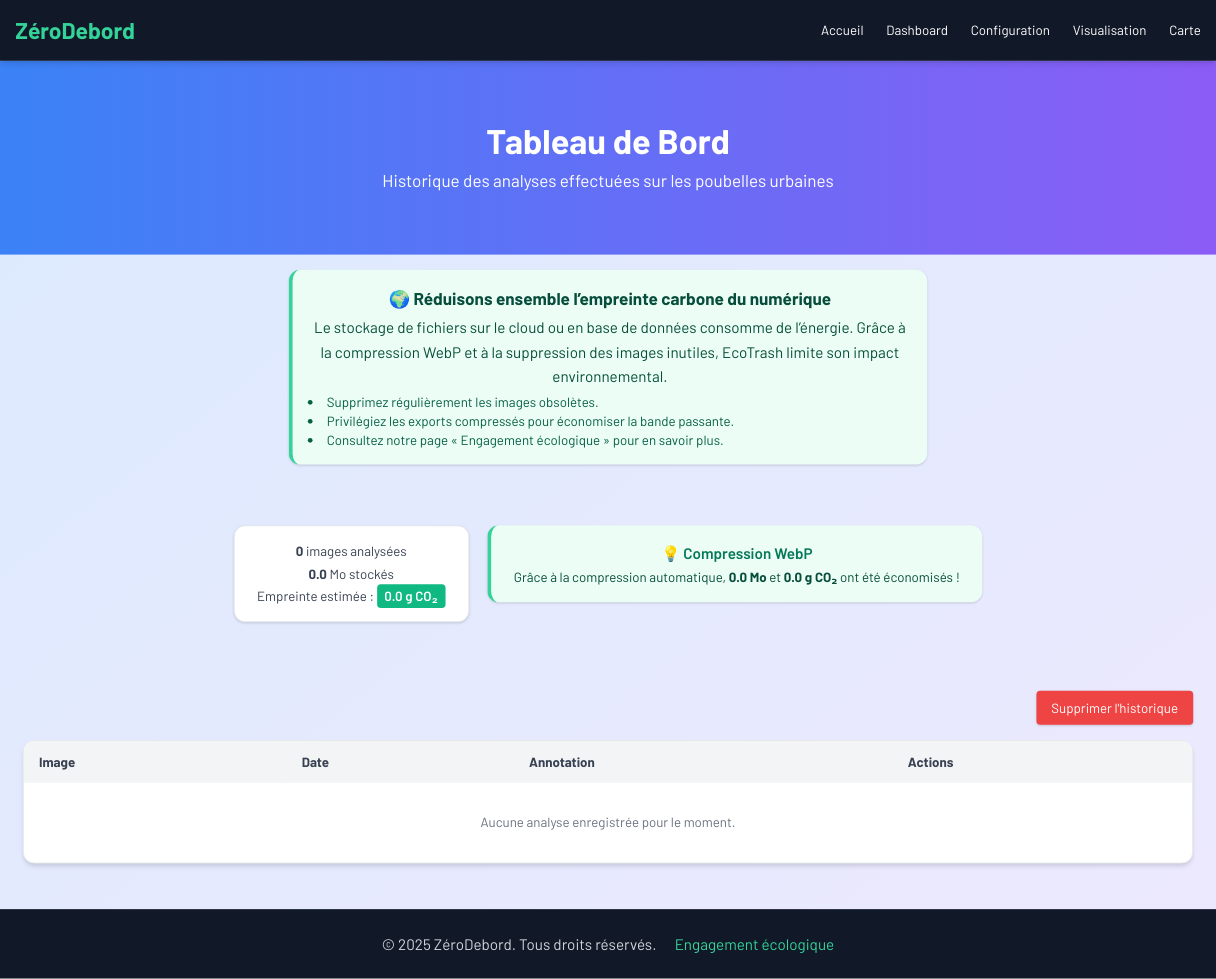
Repository: BaptGBM/MASTERCAMP
Page: http://localhost/dashboard
These files come from the project's save history. The page is drawn as it stood at one moment and after the next save; the edit follows.
The browser window is 1280 px wide. The pictures show the whole page, at 95% of full size.
The page is served by the project's application, run on Flask 3 (app.py). Other server files are loaded and not shown. Queries for data that is not in the repository find no rows.

Above is the page before, as saved 2025-07-08 23:37:38.

### templates/dashboard.html
<!DOCTYPE html>
<html lang="fr">
<head>
  <meta charset="UTF-8" />
  <meta name="viewport" content="width=device-width, initial-scale=1.0" />
  <title>ZéroDebord - Dashboard</title>
  <link href="https://fonts.googleapis.com/css2?family=Barlow:wght@300;400;500;600;700&display=swap" rel="stylesheet">
  <link href="https://cdn.jsdelivr.net/npm/tailwindcss@2.2.19/dist/tailwind.min.css" rel="stylesheet">
  <link rel="stylesheet" href="{{ url_for('static', filename='style.css') }}">
  <style>
    body {
      font-family: 'Barlow', -apple-system, BlinkMacSystemFont, 'Segoe UI', Roboto, sans-serif;
    }
  </style>
</head>
<body class="bg-gradient-to-br from-blue-100 to-purple-100 min-h-screen flex flex-col">

  <!-- HEADER -->
  <header class="bg-gray-900 text-white py-4 shadow-md sticky top-0 z-50">
    <div class="container mx-auto px-4 flex justify-between items-center">
      <a href="{{ url_for('index') }}" class="text-2xl font-bold text-green-400 hover:text-green-300 transition-colors duration-200 no-underline">ZéroDebord</a>
      <nav>
        <ul class="flex gap-6 text-sm">
          <li><a href="{{ url_for('index') }}"  class="hover:underline">Accueil</a></li>
          <a href="{{ url_for('dashboard') }}" class="hover:underline">Dashboard</a>
          <li><a href="{{ url_for('config') }}" class="hover:underline">Configuration</a></li>
          <li><a href="{{ url_for('visualisation') }}" class="hover:underline">Visualisation</a></li>
          <li><a href="{{ url_for('map_view') }}" class="hover:underline">Carte</a></li>


        </ul>
      </nav>
    </div>
  </header>

  <!-- TITRE -->
  <section class="py-16 text-center bg-gradient-to-r from-blue-500 to-purple-500 text-white">
    <h2 class="text-4xl font-bold mb-2">Tableau de Bord</h2>
    <p class="text-lg">Historique des analyses effectuées sur les poubelles urbaines</p>
  </section>

  <section class="py-4 text-center">
    <div class="max-w-2xl mx-auto bg-green-50 border-l-4 border-green-400 text-green-900 p-4 rounded-xl shadow mb-6">
      <h3 class="font-bold text-lg mb-1">🌍 Réduisons ensemble l’empreinte carbone du numérique</h3>
      <p class="mb-1">Le stockage de fichiers sur le cloud ou en base de données consomme de l’énergie. Grâce à la compression WebP et à la suppression des images inutiles, EcoTrash limite son impact environnemental.</p>
      <ul class="list-disc list-inside text-left text-green-800 text-sm">
        <li>Supprimez régulièrement les images obsolètes.</li>
        <li>Privilégiez les exports compressés pour économiser la bande passante.</li>
        <li>Consultez notre page « Engagement écologique » pour en savoir plus.</li>
      </ul>
    </div>
  </section>

<!-- INDICATEUR GREEN IT -->
<section class="text-center my-6">
  <div class="inline-block bg-white rounded-xl shadow px-6 py-4 text-sm text-gray-700 space-y-1 border">
    <p><strong>{{ nb_images }}</strong> images analysées</p>
    <p><strong>{{ volume_mb }}</strong> Mo stockés</p>
    <p>
      Empreinte estimée :
      <span class="font-semibold px-2 py-1 rounded text-white
        {% if co2 < 20 %} bg-green-500
        {% elif co2 < 50 %} bg-yellow-500
        {% else %} bg-red-500
        {% endif %}">
        {{ co2 }} g CO₂
      </span>
    </p>
  </div>
  <div class="inline-block bg-green-50 border-l-4 border-green-400 text-green-900 rounded-xl shadow px-6 py-4 ml-4 align-top">
    <p class="font-semibold text-green-700 mb-1">💡 Compression WebP</p>
    <p class="text-sm">Grâce à la compression automatique, <span class="font-bold">{{ gain_mb }} Mo</span> et <span class="font-bold">{{ gain_co2 }} g CO₂</span> ont été économisés&nbsp;!</p>
  </div>
</section>



  <!-- TABLEAU -->
  <main class="container mx-auto px-6 py-12 flex-grow">
    <div class="flex justify-end mb-4">
      <form method="POST" action="{{ url_for('clear_history') }}">
        <button type="submit" class="bg-red-500 hover:bg-red-600 text-white px-4 py-2 text-sm rounded shadow">
           Supprimer l'historique
        </button>
      </form>
    </div>
    <div class="overflow-x-auto bg-white rounded-xl shadow-md border">
      <table class="min-w-full table-auto text-sm text-left">
        <thead class="bg-gray-100 text-gray-700 font-semibold">
          <tr>
            <th class="px-4 py-3">Image</th>
            <th class="px-4 py-3">Date</th>
            <th class="px-4 py-3">Annotation</th>
            <th class="px-4 py-3">Actions</th>
          </tr>
        </thead>
        <tbody class="text-gray-600">
          {% if images.items %}
            {% for image in images.items %}
              <tr class="border-t hover:bg-gray-50">
                <td class="px-4 py-2">
                  <img src="{{ url_for('static', filename='uploads/' + image.filename) }}" alt="img" class="w-16 h-16 object-contain rounded shadow" loading="lazy">
                </td>
                <td class="px-4 py-2">{{ image.date_uploaded.strftime('%d/%m/%Y %H:%M') }}</td>
                <td class="px-4 py-2">
                  <span class="px-2 py-1 rounded text-white {% if image.annotation == 'pleine' %} bg-red-500 {% else %} bg-green-500 {% endif %}">
                    {{ image.annotation | capitalize }}
                  </span>
                </td>
                <td class="px-4 py-2 space-x-2">
                  <a href="{{ url_for('annotate', image_id=image.id, label='pleine') }}" class="text-sm bg-red-100 text-red-600 px-2 py-1 rounded">Pleine</a>
                  <a href="{{ url_for('annotate', image_id=image.id, label='vide') }}" class="text-sm bg-green-100 text-green-600 px-2 py-1 rounded">Vide</a>
                </td>
              </tr>
            {% endfor %}
          {% else %}
            <tr>
              <td colspan="4" class="text-center text-gray-500 px-4 py-8">
                Aucune analyse enregistrée pour le moment.
              </td>
            </tr>
          {% endif %}
        </tbody>
      </table>
    </div>
    {% if images.pages > 1 %}
    <div class="flex justify-center mt-6 gap-1 flex-wrap">
      {% set page_range = [] %}
      {% if images.pages <= 7 %}
        {% set page_range = range(1, images.pages+1) %}
      {% else %}
        {% set page_range = [1, 2] %}
        {% if images.page > 4 %}
          {% set _ = page_range.append('...') %}
        {% endif %}
        {% for p in range(images.page-1, images.page+2) %}
          {% if 2 < p < images.pages-1 %}
            {% set _ = page_range.append(p) %}
          {% endif %}
        {% endfor %}
        {% if images.page < images.pages-3 %}
          {% set _ = page_range.append('...') %}
        {% endif %}
        {% set _ = page_range.extend([images.pages-1, images.pages]) %}
      {% endif %}
      {% if images.has_prev %}
        <a href="{{ url_for('dashboard', page=images.prev_num) }}" class="px-3 py-1 rounded-full bg-gray-200 hover:bg-blue-200 focus:ring-2 focus:ring-blue-400 transition">&laquo;</a>
      {% endif %}
      {% for p in page_range %}
        {% if p == '...' %}
          <span class="px-3 py-1 text-gray-400">...</span>
        {% else %}
          <a href="{{ url_for('dashboard', page=p) }}" class="px-3 py-1 rounded-full mx-0.5 {{ 'bg-blue-600 text-white font-bold shadow' if p==images.page else 'bg-gray-100 hover:bg-blue-100 text-gray-700' }} focus:ring-2 focus:ring-blue-400 transition">{{ p }}</a>
        {% endif %}
      {% endfor %}
      {% if images.has_next %}
        <a href="{{ url_for('dashboard', page=images.next_num) }}" class="px-3 py-1 rounded-full bg-gray-200 hover:bg-blue-200 focus:ring-2 focus:ring-blue-400 transition">&raquo;</a>
      {% endif %}
    </div>
    {% endif %}
  </main>

  <!-- FOOTER -->
  <footer class="bg-gray-900 text-gray-300 py-6 text-center">
    <p>&copy; 2025 ZéroDebord. Tous droits réservés.
      <a href="{{ url_for('engagement') }}" class="text-green-400 hover:underline ml-4">Engagement écologique</a>
    </p>
  </footer>
</body>
</html>

### static/style.css
/* Police Apple - SF Pro Display pour un design Apple */

/* Variables CSS pour la palette écologique moderne */
:root {
  /* Couleurs principales - palette écologique */
  --primary-green: #059669;      /* Vert émeraude principal */
  --primary-green-light: #10b981; /* Vert émeraude clair */
  --primary-green-dark: #047857;  /* Vert émeraude foncé */

  /* Couleurs secondaires - tons naturels */
  --secondary-blue: #0ea5e9;     /* Bleu ciel */
  --secondary-blue-light: #38bdf8; /* Bleu ciel clair */
  --secondary-blue-dark: #0284c7;  /* Bleu ciel foncé */

  /* Couleurs d'accent - terre et nature */
  --accent-orange: #f59e0b;      /* Orange terre */
  --accent-brown: #92400e;       /* Brun terre */
  --accent-sage: #6b7280;        /* Gris sauge */

  /* Couleurs de statut */
  --success-green: #22c55e;      /* Vert succès */
  --warning-amber: #f59e0b;      /* Ambre avertissement */
  --error-red: #ef4444;          /* Rouge erreur */

  /* Couleurs neutres modernes */
  --neutral-50: #fafaf9;
  --neutral-100: #f5f5f4;
  --neutral-200: #e7e5e4;
  --neutral-300: #d6d3d1;
  --neutral-400: #a8a29e;
  --neutral-500: #78716c;
  --neutral-600: #57534e;
  --neutral-700: #44403c;
  --neutral-800: #292524;
  --neutral-900: #1c1917;

  /* Gradients écologiques */
  --gradient-primary: linear-gradient(135deg, var(--primary-green) 0%, var(--secondary-blue) 100%);
  --gradient-secondary: linear-gradient(135deg, var(--neutral-50) 0%, var(--neutral-100) 100%);
  --gradient-hero: linear-gradient(135deg, var(--primary-green) 0%, var(--secondary-blue) 50%, var(--accent-orange) 100%);

  /* Ombres modernes */
  --shadow-sm: 0 1px 2px 0 rgba(0, 0, 0, 0.05);
  --shadow-md: 0 4px 6px -1px rgba(0, 0, 0, 0.1), 0 2px 4px -1px rgba(0, 0, 0, 0.06);
  --shadow-lg: 0 10px 15px -3px rgba(0, 0, 0, 0.1), 0 4px 6px -2px rgba(0, 0, 0, 0.05);
  --shadow-xl: 0 20px 25px -5px rgba(0, 0, 0, 0.1), 0 10px 10px -5px rgba(0, 0, 0, 0.04);

  /* Rayons de bordure */
  --radius-sm: 0.375rem;
  --radius-md: 0.5rem;
  --radius-lg: 0.75rem;
  --radius-xl: 1rem;
  --radius-2xl: 1.5rem;
}

/* Application de la police Barlow */
@import url('https://fonts.googleapis.com/css2?family=Barlow:wght@300;400;500;600;700&display=swap');

* {
  font-family: 'Barlow', -apple-system, BlinkMacSystemFont, 'Segoe UI', Roboto, sans-serif !important;
  font-feature-settings: 'kern' 1, 'liga' 1;
  text-rendering: optimizeLegibility;
  -webkit-font-smoothing: antialiased;
  -moz-osx-font-smoothing: grayscale;
}

/* Force Barlow sur tous les éléments */
body, html, h1, h2, h3, h4, h5, h6, p, span, div, a, button, input, select, textarea, label, th, td, li, ul, ol {
  font-family: 'Barlow', -apple-system, BlinkMacSystemFont, 'Segoe UI', Roboto, sans-serif !important;
}

/* Surcharge spécifique pour Tailwind CSS */
.text-xs, .text-sm, .text-base, .text-lg, .text-xl, .text-2xl, .text-3xl, .text-4xl, .text-5xl, .text-6xl {
  font-family: 'Barlow', -apple-system, BlinkMacSystemFont, 'Segoe UI', Roboto, sans-serif !important;
}

.font-thin, .font-extralight, .font-light, .font-normal, .font-medium, .font-semibold, .font-bold, .font-extrabold, .font-black {
  font-family: 'Barlow', -apple-system, BlinkMacSystemFont, 'Segoe UI', Roboto, sans-serif !important;
}

/* Styles de base modernisés */
body {
  background: var(--gradient-secondary);
  color: var(--neutral-700);
  line-height: 1.6;
  font-weight: 400;
}

/* Header moderne */
.modern-header {
  background: var(--neutral-900);
  backdrop-filter: blur(10px);
  border-bottom: 1px solid var(--neutral-800);
}

.modern-header h1 {
  color: var(--primary-green-light);
  font-weight: 700;
  letter-spacing: -0.025em;
}

.modern-header nav a {
  color: var(--neutral-300);
  font-weight: 500;
  transition: all 0.2s ease;
}

.modern-header nav a:hover {
  color: var(--primary-green-light);
  text-decoration: none;
}

/* Section hero moderne */
.modern-hero {
  background: var(--gradient-hero);
  position: relative;
  overflow: hidden;
}

.modern-hero::before {
  content: '';
  position: absolute;
  top: 0;
  left: 0;
  right: 0;
  bottom: 0;
  background: url('data:[embedded picture, 296 characters]');
  opacity: 0.3;
}

.modern-hero h2 {
  font-weight: 800;
  letter-spacing: -0.025em;
  text-shadow: 0 2px 4px rgba(0, 0, 0, 0.1);
}

.modern-hero p {
  font-weight: 500;
  opacity: 0.9;
}

/* Cartes modernes */
.modern-card {
  background: white;
  border-radius: var(--radius-xl);
  box-shadow: var(--shadow-lg);
  border: 1px solid var(--neutral-200);
  transition: all 0.3s ease;
}

.modern-card:hover {
  box-shadow: var(--shadow-xl);
  transform: translateY(-2px);
}

/* Boutons modernes */
.modern-btn {
  font-weight: 600;
  border-radius: var(--radius-lg);
  transition: all 0.2s ease;
  border: none;
  cursor: pointer;
  display: inline-flex;
  align-items: center;
  gap: 0.5rem;
}

.modern-btn-primary {
  background: var(--primary-green);
  color: white;
  box-shadow: var(--shadow-md);
}

.modern-btn-primary:hover {
  background: var(--primary-green-dark);
  box-shadow: var(--shadow-lg);
  transform: translateY(-1px);
}

.modern-btn-secondary {
  background: var(--secondary-blue);
  color: white;
  box-shadow: var(--shadow-md);
}

.modern-btn-secondary:hover {
  background: var(--secondary-blue-dark);
  box-shadow: var(--shadow-lg);
  transform: translateY(-1px);
}

.modern-btn-success {
  background: var(--success-green);
  color: white;
}

.modern-btn-success:hover {
  background: #16a34a;
}

.modern-btn-warning {
  background: var(--warning-amber);
  color: white;
}

.modern-btn-warning:hover {
  background: #d97706;
}

.modern-btn-error {
  background: var(--error-red);
  color: white;
}

.modern-btn-error:hover {
  background: #dc2626;
}

/* Badges de statut modernes */
.modern-badge {
  font-weight: 600;
  font-size: 0.875rem;
  padding: 0.375rem 0.75rem;
  border-radius: var(--radius-md);
  display: inline-flex;
  align-items: center;
  gap: 0.25rem;
}

.modern-badge-full {
  background: #fef2f2;
  color: var(--error-red);
  border: 1px solid #fecaca;
}

.modern-badge-empty {
  background: #f0fdf4;
  color: var(--success-green);
  border: 1px solid #bbf7d0;
}

/* Formulaires modernes */
.modern-input {
  border: 2px solid var(--neutral-200);
  border-radius: var(--radius-lg);
  padding: 0.75rem 1rem;
  font-weight: 500;
  transition: all 0.2s ease;
  background: white;
}

.modern-input:focus {
  outline: none;
  border-color: var(--primary-green);
  box-shadow: 0 0 0 3px rgba(5, 150, 105, 0.1);
}

.modern-select {
  border: 2px solid var(--neutral-200);
  border-radius: var(--radius-lg);
  padding: 0.75rem 1rem;
  font-weight: 500;
  background: white;
  cursor: pointer;
}

.modern-select:focus {
  outline: none;
  border-color: var(--primary-green);
  box-shadow: 0 0 0 3px rgba(5, 150, 105, 0.1);
}

/* Tableaux modernes */
.modern-table {
  background: white;
  border-radius: var(--radius-xl);
  overflow: hidden;
  box-shadow: var(--shadow-lg);
  border: 1px solid var(--neutral-200);
}

.modern-table thead {
  background: var(--neutral-50);
}

.modern-table th {
  font-weight: 600;
  color: var(--neutral-700);
  padding: 1rem;
  text-align: left;
}

.modern-table td {
  padding: 1rem;
  border-top: 1px solid var(--neutral-200);
}

.modern-table tbody tr:hover {
  background: var(--neutral-50);
}

/* Footer moderne */
.modern-footer {
  background: var(--neutral-900);
  color: var(--neutral-400);
  font-weight: 500;
}

/* Animations et transitions */
.fade-in {
  animation: fadeIn 0.6s ease-out;
}

@keyframes fadeIn {
  from {
    opacity: 0;
    transform: translateY(20px);
  }
  to {
    opacity: 1;
    transform: translateY(0);
  }
}

.slide-up {
  animation: slideUp 0.6s ease-out;
}

@keyframes slideUp {
  from {
    opacity: 0;
    transform: translateY(30px);
  }
  to {
    opacity: 1;
    transform: translateY(0);
  }
}

/* Indicateurs écologiques */
.eco-indicator {
  background: var(--gradient-primary);
  color: white;
  border-radius: var(--radius-xl);
  padding: 1.5rem;
  text-align: center;
  box-shadow: var(--shadow-lg);
}

.eco-indicator h3 {
  font-weight: 700;
  margin-bottom: 0.5rem;
}

.eco-indicator p {
  font-weight: 500;
  opacity: 0.9;
}

/* Responsive design amélioré */
@media (max-width: 768px) {
  .modern-hero h2 {
    font-size: 2rem;
  }

  .modern-card {
    margin: 1rem;
  }

  .modern-header nav {
    flex-direction: column;
    gap: 0.5rem;
  }
}

/* Accessibilité améliorée */
@media (prefers-reduced-motion: reduce) {
  * {
    animation-duration: 0.01ms !important;
    animation-iteration-count: 1 !important;
    transition-duration: 0.01ms !important;
  }
}

/* Mode sombre (optionnel) */
@media (prefers-color-scheme: dark) {
  :root {
    --neutral-50: #1c1917;
    --neutral-100: #292524;
    --neutral-200: #44403c;
  }
}

Loaded but not shown: app.py (586 lines, source omitted)

After the next save:
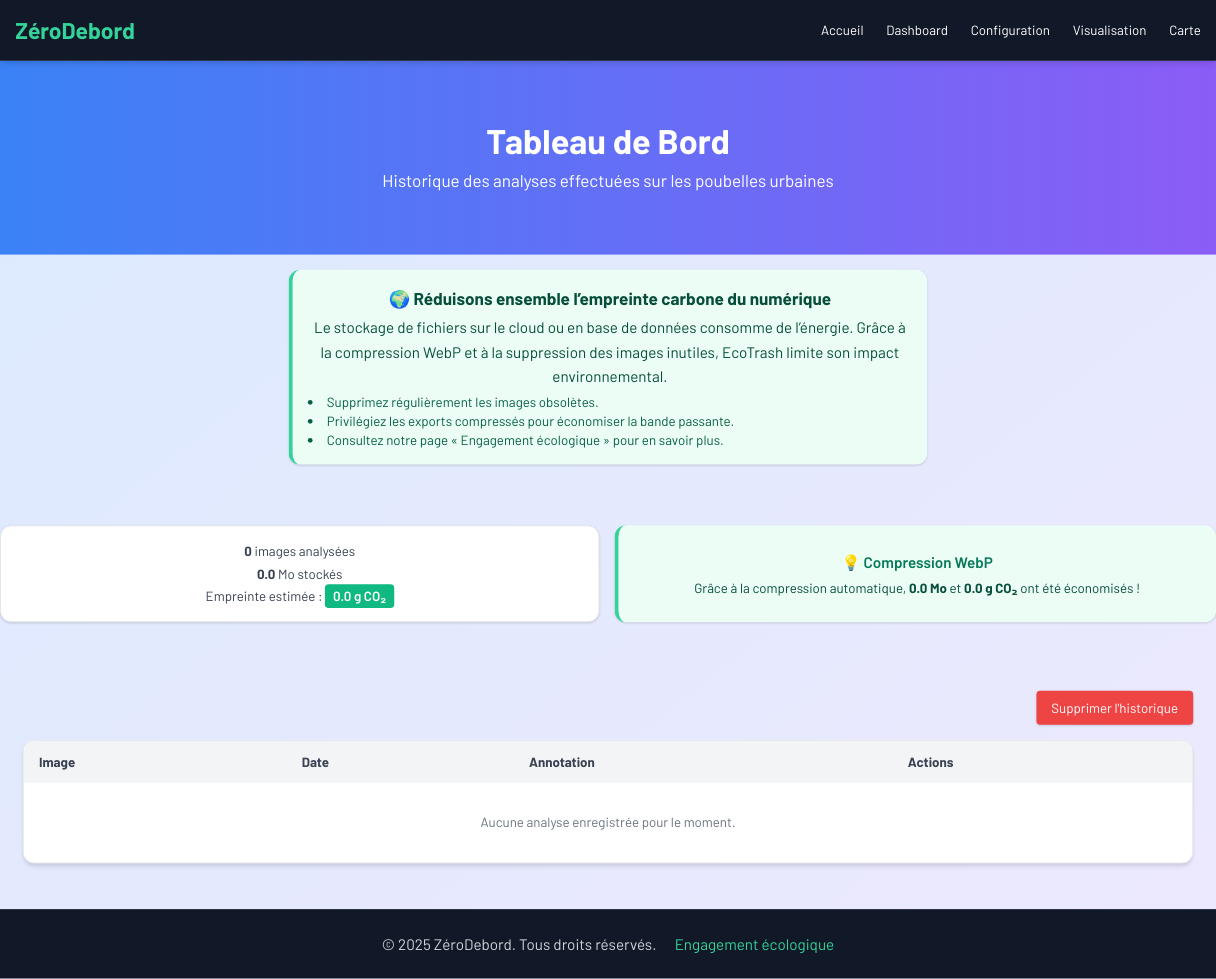
Saved 76 s later.
--- a/templates/dashboard.html
+++ b/templates/dashboard.html
@@ -52,8 +52,8 @@
   </section>
 
 <!-- INDICATEUR GREEN IT -->
-<section class="text-center my-6">
-  <div class="inline-block bg-white rounded-xl shadow px-6 py-4 text-sm text-gray-700 space-y-1 border">
+<section class="my-6 flex flex-col md:flex-row justify-center items-stretch gap-4 text-center">
+  <div class="flex-1 min-w-[260px] bg-white rounded-xl shadow px-6 py-4 text-sm text-gray-700 space-y-1 border flex flex-col justify-center">
     <p><strong>{{ nb_images }}</strong> images analysées</p>
     <p><strong>{{ volume_mb }}</strong> Mo stockés</p>
     <p>
@@ -67,7 +67,7 @@
       </span>
     </p>
   </div>
-  <div class="inline-block bg-green-50 border-l-4 border-green-400 text-green-900 rounded-xl shadow px-6 py-4 ml-4 align-top">
+  <div class="flex-1 min-w-[260px] bg-green-50 border-l-4 border-green-400 text-green-900 rounded-xl shadow px-6 py-4 flex flex-col justify-center">
     <p class="font-semibold text-green-700 mb-1">💡 Compression WebP</p>
     <p class="text-sm">Grâce à la compression automatique, <span class="font-bold">{{ gain_mb }} Mo</span> et <span class="font-bold">{{ gain_co2 }} g CO₂</span> ont été économisés&nbsp;!</p>
   </div>
